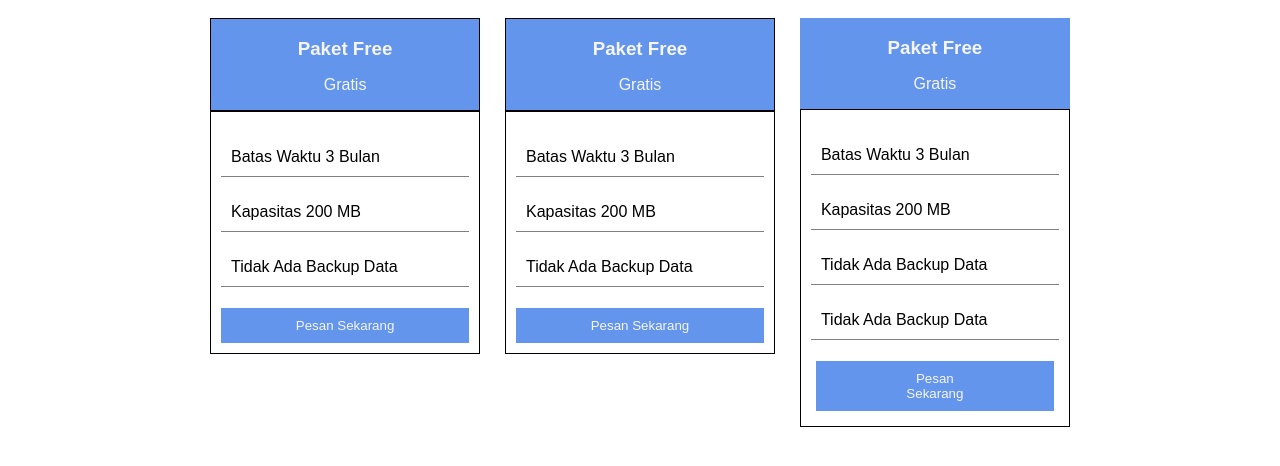
Repository: AHSANS354/tugas-sib5
Page: tugas css/index.html
These files come from the project's save history. The page is drawn as it stood at one moment and after the next save; the edit follows.
The browser window is 1280 px wide. The pictures show the whole page.

Above is the page before, as saved 2023-08-29 16:30:03.

After the next save:
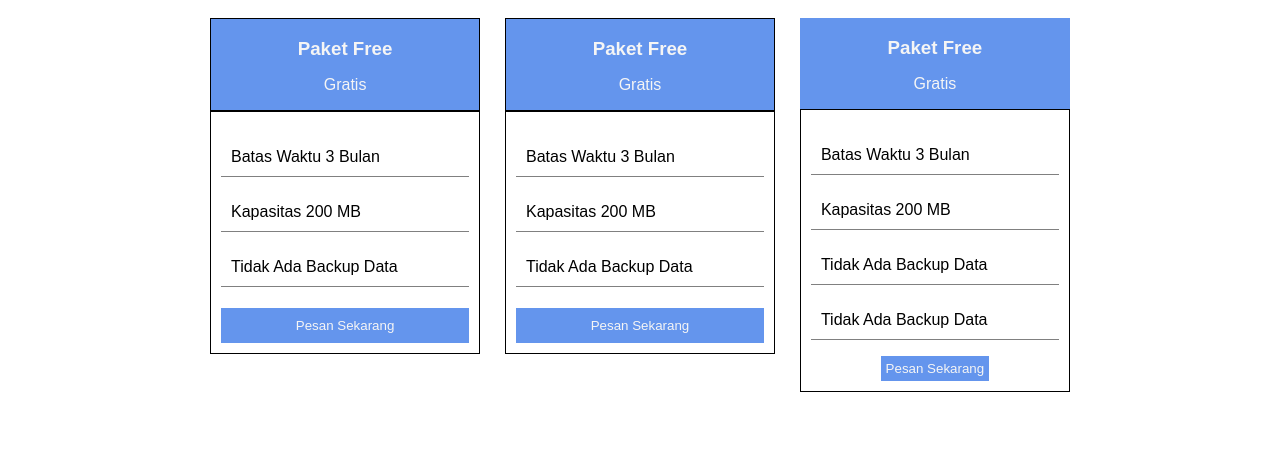
Saved 97 s later.
--- a/tugas css/style.css
+++ b/tugas css/style.css
@@ -98,9 +98,7 @@ h3 {
 }
 
 .tombol3 {
-  width: 100%;
-  margin: 5px;
-  padding: 10px 70px;
+  padding: 5px;
   background-color: cornflowerblue;
   border: none;
   color: whitesmoke;
